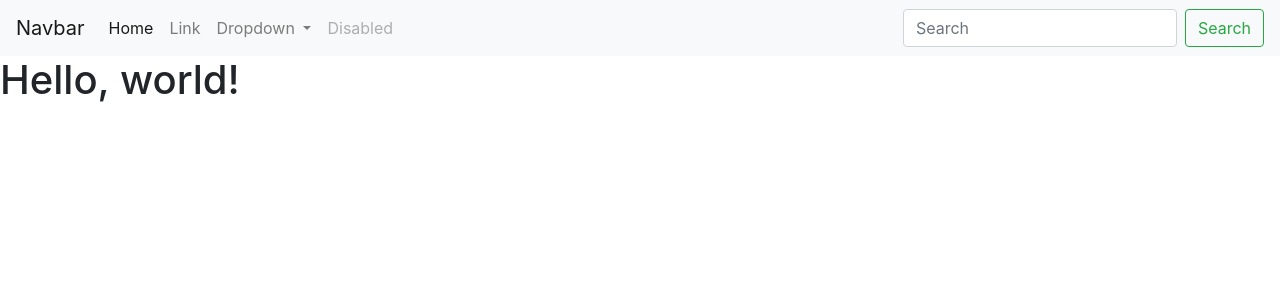
Repository: moonseoklee/SpringbootEx2
Page: my-slipp/src/main/resources/static/index.html
The author's editor kept a copy of each file at every save. The page is drawn from the files as they stood at one save, then again after the next save.
The browser window is 1280 px wide. The pictures show the whole page.

Above is the page before, as saved 2019-08-08 07:03:49.

After the next save:
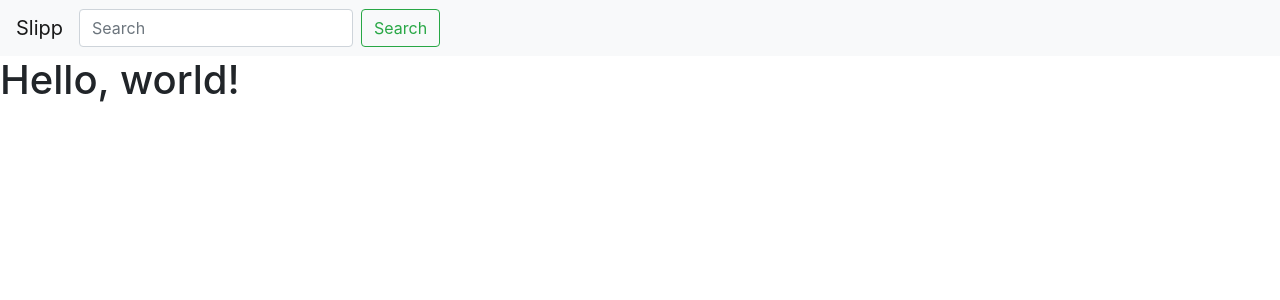
Saved 95 s later.
--- a/my-slipp/src/main/resources/static/index.html
+++ b/my-slipp/src/main/resources/static/index.html
@@ -12,34 +12,13 @@
   </head>
   <body>
   <nav class="navbar navbar-expand-lg navbar-light bg-light">
-  <a class="navbar-brand" href="#">Navbar</a>
+  <a class="navbar-brand" href="#">Slipp</a>
   <button class="navbar-toggler" type="button" data-toggle="collapse" data-target="#navbarSupportedContent" aria-controls="navbarSupportedContent" aria-expanded="false" aria-label="Toggle navigation">
     <span class="navbar-toggler-icon"></span>
   </button>
 
   <div class="collapse navbar-collapse" id="navbarSupportedContent">
-    <ul class="navbar-nav mr-auto">
-      <li class="nav-item active">
-        <a class="nav-link" href="#">Home <span class="sr-only">(current)</span></a>
-      </li>
-      <li class="nav-item">
-        <a class="nav-link" href="#">Link</a>
-      </li>
-      <li class="nav-item dropdown">
-        <a class="nav-link dropdown-toggle" href="#" id="navbarDropdown" role="button" data-toggle="dropdown" aria-haspopup="true" aria-expanded="false">
-          Dropdown
-        </a>
-        <div class="dropdown-menu" aria-labelledby="navbarDropdown">
-          <a class="dropdown-item" href="#">Action</a>
-          <a class="dropdown-item" href="#">Another action</a>
-          <div class="dropdown-divider"></div>
-          <a class="dropdown-item" href="#">Something else here</a>
-        </div>
-      </li>
-      <li class="nav-item">
-        <a class="nav-link disabled" href="#" tabindex="-1" aria-disabled="true">Disabled</a>
-      </li>
-    </ul>
+
     <form class="form-inline my-2 my-lg-0">
       <input class="form-control mr-sm-2" type="search" placeholder="Search" aria-label="Search">
       <button class="btn btn-outline-success my-2 my-sm-0" type="submit">Search</button>
